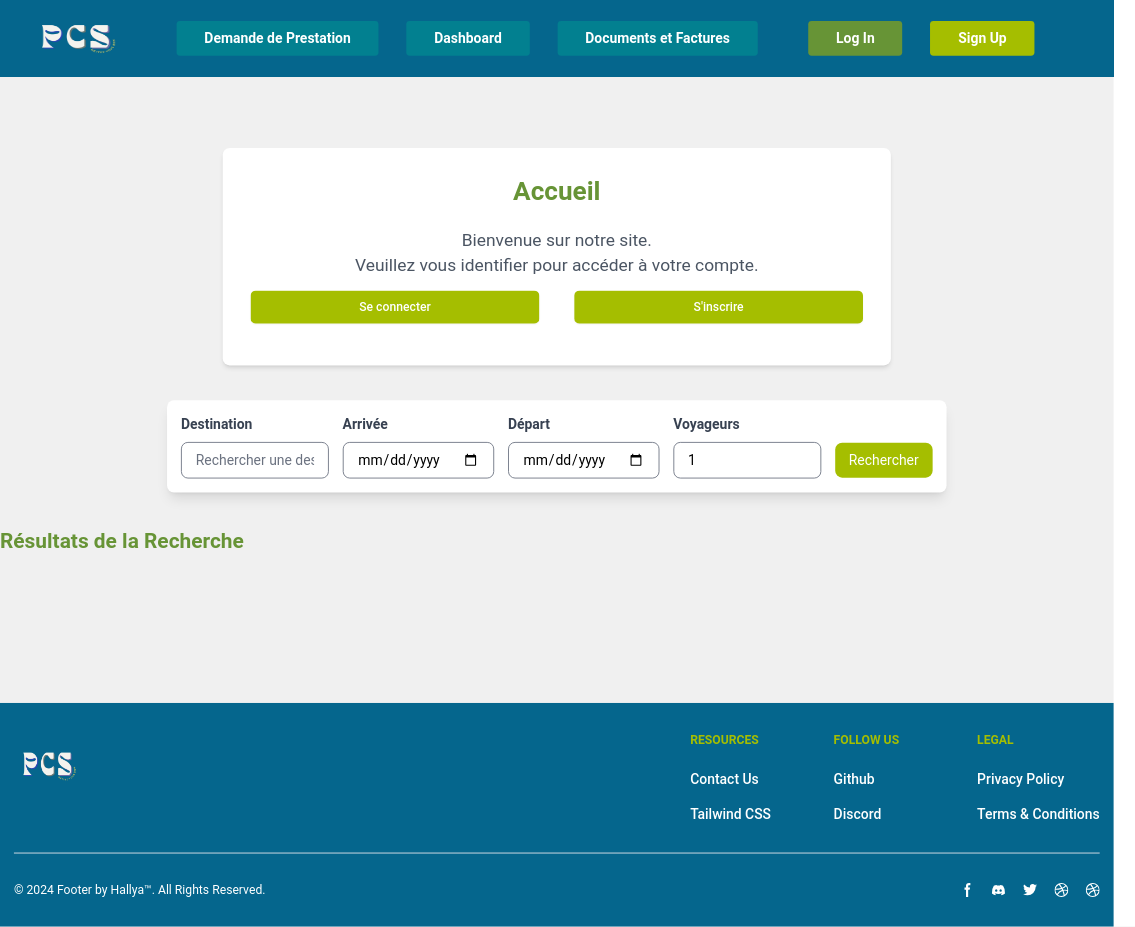
Repository: HATTOUNGBRE/ProjetAnnuel2
Page: / (app in FRONT/)
An editor plug-in stored every save of this project. The page is shown before and after the next save, followed by the edit.
The browser window is 1280 px wide. The page is 1305 px wide, so the pictures cover 1305 px, including what lies to the right of the window. The pictures show the whole page, at 87% of full size.
The page's requests for data from a server got no answer. The project was rebuilt for these pictures with package versions that can differ from the ones it lists, and the page was loaded fresh each time. No one was signed in, and anything a server would have sent is missing. Also part of the build but not shown: FRONT/vite.config.js, FRONT/src/components/PropertyCard.jsx, FRONT/src/components/PropertyRow.jsx, FRONT/src/components/PropertySearch.jsx, FRONT/src/components/Contact.jsx, FRONT/src/components/CatUser.jsx, FRONT/src/components/Login.jsx, FRONT/src/components/prestataire/PrestataireType.jsx and 16 more.

Above is the page before, as saved 2024-06-28 22:31:21.

### FRONT/src/main.jsx
import React from 'react'
import ReactDOM from 'react-dom/client'
import App from './App.jsx'
import './App.css'
import { AuthProvider } from './components/AuthContext';
import {
  BrowserRouter,
  Route,
  Link
} from "react-router-dom";

ReactDOM.createRoot(document.getElementById('root')).render(
  <React.StrictMode>
    <AuthProvider>
    <App />
    </AuthProvider>
  </React.StrictMode>,
)

### FRONT/src/App.jsx
import React, { useContext, useEffect } from "react";
import './App.css';
import { BrowserRouter as Router, Route, Routes, Navigate } from 'react-router-dom';
import Header from "./components/Header";
import Main from "./components/Main";
import Contact from "./components/Contact";
import Nav from "./components/Nav";
import Footer from "./components/Footer";
import CatUser from "./components/CatUser";
import Login from './components/Login';
import LogOut from "./components/LogOut";
import Account from "./components/Account";
import Inscription from './components/Inscription';
import VoyageurDashboard from './components/dashboard/VoyageurDashboard';
import ProprietaireDashboard from './components/dashboard/ProprietaireDashboard';
import PrestataireDashboard from './components/dashboard/PrestataireDashboard';
import Error400 from './components/Error400';
import AuthContext from './components/AuthContext';
import ProprietairePrestation from "./components/proprio/Prestation";
import ProprietaireReservation from "./components/proprio/ProprietaireReservation";
import PrestataireReservation from "./components/prestataire/PrestataireReservation";
import AddProperty from "./components/proprio/AddProperty";
import CreatePrestation from "./components/proprio/CreatePrestation";

function App() {
    const { isLoggedIn, userRole, userId, userName, userSurname, category } = useContext(AuthContext);

    useEffect(() => {
        console.log("UserRole:", userRole);
        console.log("UserId:", userId);
        console.log("UserName:", userName);
        console.log("UserSurname:", userSurname);
        console.log("CategoryUserId:", category);
    }, [userRole, userId, userName, userSurname, category]);

    const getDashboardComponent = (role) => {
        switch (role) {
            case 'voyageur':
                return <VoyageurDashboard />;
            case 'proprietaire':
                return <ProprietaireDashboard />;
            case 'prestataire':
                return <PrestataireDashboard />;
            default:
                return <Error400 />;
        }
    };

    const ProtectedRoute = ({ element, allowedRole }) => {
        if (!isLoggedIn) {
            return <Navigate to="/login" />;
        }
        return userRole === allowedRole ? element : <Navigate to="/error400" />;
    };

    return (
        <Router>
         <Header isLoggedIn={isLoggedIn} userRole={userRole} />
         <main className="flex-grow">
         <Routes>
                <Route exact path="/" element={<Main isLoggedIn={isLoggedIn} userRole={userRole} />} />
                <Route path="/components/inscription" element={<Inscription />} />
                <Route path="/components/catUser" element={<CatUser />} />
                <Route path="/contact" element={<Contact />} />
                <Route path="/login" element={<Login />} />
                <Route path={`/${userRole}/Prestation`} element={<ProtectedRoute element={<ProprietairePrestation />} allowedRole={userRole} />} />
                <Route path={`/${userRole}/Reservation`} element={<ProtectedRoute element={userRole === 'proprietaire' ? <ProprietaireReservation /> : <PrestataireReservation />} allowedRole={userRole} />} />
                <Route path="/components/dashboard/voyageur" element={<ProtectedRoute element={<VoyageurDashboard />} allowedRole="voyageur" />} />
                <Route path="/components/dashboard/proprietaire" element={<ProtectedRoute element={<ProprietaireDashboard />} allowedRole="proprietaire" />} />
                <Route path="/components/dashboard/prestataire" element={<ProtectedRoute element={<PrestataireDashboard />} allowedRole="prestataire" />} />
                <Route path="/components/nav" element={<Nav isLoggedIn={isLoggedIn} userRole={userRole} />} />
                <Route path="/logout" element={<LogOut />} />
                <Route path="/account" element={<Account userId={userId} />} />
                <Route path="/error400" element={<Error400 />} />
                <Route path="/add-property" element={<ProtectedRoute element={<AddProperty />} allowedRole="proprietaire" />} />
                <Route path="/create-prestation" element={<ProtectedRoute element={<CreatePrestation />} allowedRole="proprietaire" />} />
                <Route path="/components/dashboard/proprietaire" element={<ProtectedRoute element={<ProprietaireDashboard />} allowedRole="proprietaire" />} />
                <Route path="/components/dashboard/prestataire" element={<ProtectedRoute element={<PrestataireDashboard />} allowedRole="prestataire" />} />
                <Route path="/components/dashboard/voyageur" element={<ProtectedRoute element={<VoyageurDashboard />} allowedRole="voyageur" />} />
                <Route path="*" element={<Error400 />} />

            </Routes>
            </main>
           <Footer />
        </Router>

    );
}

const ProtectedRoute = ({ element, allowedRole }) => {
    const { userRole } = useContext(AuthContext);
    return userRole === allowedRole ? element : <Navigate to="/error400" />;
  };

export default App;

### FRONT/src/App.css
@tailwind base;
@tailwind components;
@tailwind utilities;

html, body {
  height: 100%;
  width: 100%;
  margin: 0;
  padding: 0;
  font-family: 'Roboto', sans-serif;
}


.logo {
  height: 5em;
  width: 7em;
  /* will-change: filter; */
  transition: filter 300ms;
}
.logo:hover {
}
.logo.react:hover {
  filter: drop-shadow(0 0 2em #61dafbaa);
}

@keyframes logo-spin {
  from {
    transform: rotate(0deg);
  }
  to {
    transform: rotate(360deg);
  }
}


.card {
  padding: 2em;
}

.read-the-docs {
  color: #888;
}
footer {
  position: absolute;
  left: 0;
  bottom: 0;
  width: 100%;
}
html, body {
  height: 100%;
  margin: 0;
  padding: 0;

}



footer {
  flex-shrink: 0; /* Empêche le pied de page de rétrécir si le contenu est trop grand */
}

.main-content {
  flex: 1;
  padding: 24px;
  overflow-y: auto;
  display: flex;
  flex-direction: column;
}

### FRONT/src/components/AuthContext.jsx
import React, { createContext, useState, useEffect } from 'react';
import Cookies from 'js-cookie';

const AuthContext = createContext();

export const AuthProvider = ({ children }) => {
  const [isLoggedIn, setIsLoggedIn] = useState(false);
  const [userRole, setUserRole] = useState('');
  const [userId, setUserId] = useState(null);
  const [userName, setUserName] = useState('');
  const [userSurname, setUserSurname] = useState('');
  const [category, setCategoryUserId] = useState(null);

  const fetchUserDetails = async (userId) => {
    try {
      const response = await fetch(`http://localhost:8000/api/user/${userId}`);
      const data = await response.json();

      if (response.ok) {
        setIsLoggedIn(true);
        setUserId(data.id);
        setUserName(data.name);
        setUserSurname(data.surname);
        setCategoryUserId(data.category_user);
        setUserRole(Cookies.get('role')); // Ensure the role is set from the cookie
      } else {
        setIsLoggedIn(false);
        setUserId(null);
        setUserName('');
        setUserSurname('');
        setCategoryUserId(null);
        setUserRole('');
      }
    } catch (error) {
      console.error('Error fetching user details:', error);
    }
  };

  useEffect(() => {
    const token = Cookies.get('authToken');
    const storedUserRole = Cookies.get('role');
    const storedUserId = Cookies.get('userId');

    if (token && storedUserId) {
      setIsLoggedIn(true);
      setUserRole(storedUserRole || '');
      fetchUserDetails(storedUserId); // Fetch user details
    }
  }, []);

  const login = (token, role, userId, userName, userSurname, category) => {
    Cookies.set('authToken', token, { expires: 1 });
    Cookies.set('role', role, { expires: 1 });
    Cookies.set('userId', userId, { expires: 1 });
    Cookies.set('userName', userName, { expires: 1 });
    Cookies.set('userSurname', userSurname, { expires: 1 });
    Cookies.set('category', category, { expires: 1 });

    setIsLoggedIn(true);
    setUserRole(role);
    setUserId(userId);
    setUserName(userName);
    setUserSurname(userSurname);
    setCategoryUserId(category);
  };

  const logout = () => {
    Cookies.remove('authToken');
    Cookies.remove('role');
    Cookies.remove('userId');
    Cookies.remove('userName');
    Cookies.remove('userSurname');
    Cookies.remove('category');

    setIsLoggedIn(false);
    setUserRole('');
    setUserId(null);
    setUserName('');
    setUserSurname('');
    setCategoryUserId(null);
  };

  return (
    <AuthContext.Provider value={{ isLoggedIn, userRole, userId, userName, userSurname, category, login, logout, fetchUserDetails }}>
      {children}
    </AuthContext.Provider>
  );
};

export default AuthContext;

### FRONT/src/components/Header.jsx
import { useState, useEffect } from 'react';
import Nav from './Nav';
import { Link } from "react-router-dom";

function Header(props) {
  const { isLoggedIn, userRole } = props;

  return (
    <div>
      <header className="bg-pcs-200 sticky top-0 z-[20]">
        <nav className="bg-pcs-200 border-gray-200 dark:bg-gray-900 w-full">
          <div className="w-full flex flex-wrap items-center justify-around p-1">
            <Link to="/" className="flex items-center space-x-3 rtl:space-x-reverse">
              <img src="/public/images/fullDay.png" className="h-8 logo" alt="PCSLogo" />
            </Link>
            <Nav isLoggedIn={isLoggedIn} userRole={userRole} />
            <button
              data-collapse-toggle="navbar-default"
              type="button"
              className="inline-flex items-center p-2 w-10 h-10 justify-center text-sm text-gray-500 rounded-lg md:hidden focus:outline-none focus:ring-2 focus:ring-gray-200 dark:text-gray-400 dark:focus:ring-gray-600"
              aria-controls="navbar-default"
              aria-expanded="false"
            >
              <span className="sr-only">Open main menu</span>
              <svg
                className="w-5 h-5"
                aria-hidden="true"
                xmlns="http://www.w3.org/2000/svg"
                fill="none"
                viewBox="0 0 17 14"
              >
                <path
                  stroke="currentColor"
                  strokeLinecap="round"
                  strokeLinejoin="round"
                  strokeWidth="2"
                  d="M1 1h15M1 7h15M1 13h15"
                />
              </svg>
            </button>
            <div className="hidden w-full md:block md:w-auto" id="navbar-default"></div>
          </div>
        </nav>
      </header>
    </div>
  );
}

export default Header;

### FRONT/src/components/Main.jsx
import React, { useState, useContext, useEffect } from 'react';
import AuthContext from './AuthContext';
import { Link } from 'react-router-dom';
import PropertyRow from './PropertyRow';
import PropertySearch from './PropertySearch';
import PropertySliderSection from './PropertySliderSection';
import Slider from 'react-slick';
import 'slick-carousel/slick/slick.css';
import 'slick-carousel/slick/slick-theme.css';

function Main() {
  const { isLoggedIn, userRole } = useContext(AuthContext);
  const [searchTerm, setSearchTerm] = useState('');
  const [cities, setCities] = useState([]);
  const [arrivalDate, setArrivalDate] = useState('');
  const [departureDate, setDepartureDate] = useState('');
  const [guests, setGuests] = useState(1);
  const [properties, setProperties] = useState([]);

  useEffect(() => {
    if (searchTerm.length >= 2) {
      searchCities(searchTerm);
    } else {
      setCities([]);
    }
  }, [searchTerm]);

  const searchCities = async (term) => {
    try {
      const response = await fetch(`https://geo.api.gouv.fr/communes?nom=${term}&fields=departement&boost=population&limit=5`);
      const data = await response.json();
      setCities(data);
    } catch (error) {
      console.error('Error fetching cities:', error);
    }
  };

  const handleSearch = async (e) => {
    e.preventDefault();
    const commune = searchTerm;
    const maxPersons = guests;

    try {
      const response = await fetch(
        `http://localhost:8000/api/search-properties?commune=${commune}&maxPersons=${maxPersons}`
      );
      const data = await response.json();
      setProperties(data);
    } catch (error) {
      console.error('Error fetching properties:', error);
    }
  };

  const handleCitySelect = (city) => {
    setSearchTerm(city.nom);
    setCities([]);
  };

  const sliderSettings = {
    dots: true,
    infinite: true,
    speed: 500,
    slidesToShow: 3,
    slidesToScroll: 1,
    responsive: [
      {
        breakpoint: 1024,
        settings: {
          slidesToShow: 2,
          slidesToScroll: 1,
          infinite: true,
          dots: true
        }
      },
      {
        breakpoint: 600,
        settings: {
          slidesToShow: 1,
          slidesToScroll: 1
        }
      }
    ]
  };

  return (
    <div className="min-h-screen bg-pcs-100 flex flex-col items-center justify-center">
      <div className="max-w-3xl w-full p-8 bg-white shadow-md rounded-lg text-center">
        <h1 className="text-3xl font-semibold text-pcs-400 mb-6">Accueil</h1>
        {isLoggedIn ? (
          <p className="text-xl text-pcs-300">
            Vous êtes connecté.e en tant que <span className="font-bold">{userRole}</span>
          </p>
        ) : (
          <div>
            <p className="text-xl text-gray-600">Bienvenue sur notre site.</p>
            <p className="text-xl text-gray-600">Veuillez vous identifier pour accéder à votre compte.</p>
            <div className='flex justify-center mt-4 space-x-10'>
              <button className='w-full px-4 mb-4 py-2 text-sm font-medium text-white bg-pcs-300 border border-transparent rounded-md shadow-sm hover:bg-pcs-400'>
                <Link to="/components/catUser">Se connecter</Link>
              </button>
              <button className='w-full px-4 mb-4 py-2 text-sm font-medium text-white bg-pcs-300 border border-transparent rounded-md shadow-sm hover:bg-pcs-400'>
                <Link to="/components/inscription">S'inscrire</Link>
              </button>
            </div>
          </div>
        )}
      </div>

      {/* Barre de recherche */}
      {!isLoggedIn || userRole === 'voyageur' ? (
        <div className="mt-10 w-full max-w-4xl bg-white shadow-lg rounded-lg p-4">
          <form onSubmit={handleSearch} className="flex items-center space-x-4">
            <div className="relative w-1/4">
              <label className="block text-gray-700 font-bold mb-2">Destination</label>
              <input
                type="text"
                className="w-full px-4 py-2 border rounded-lg focus:outline-none focus:ring-2 focus:ring-blue-500"
                placeholder="Rechercher une destination"
                value={searchTerm}
                onChange={(e) => setSearchTerm(e.target.value)}
              />
              {cities.length > 0 && (
                <ul className="absolute left-0 mt-2 w-full bg-white border rounded-lg z-10 max-h-48 overflow-y-auto">
                  {cities.map((city) => (
                    <li key={city.code} className="px-4 py-2 border-b last:border-b-0 cursor-pointer hover:bg-gray-200" onClick={() => handleCitySelect(city)}>
                      {city.nom} ({city.departement.nom})
                    </li>
                  ))}
                </ul>
              )}
            </div>
            <div className="w-1/4">
              <label className="block text-gray-700 font-bold mb-2">Arrivée</label>
              <input
                type="date"
                className="w-full px-4 py-2 border rounded-lg focus:outline-none focus:ring-2 focus:ring-blue-500"
                value={arrivalDate}
                onChange={(e) => setArrivalDate(e.target.value)}
              />
            </div>
            <div className="w-1/4">
              <label className="block text-gray-700 font-bold mb-2">Départ</label>
              <input
                type="date"
                className="w-full px-4 py-2 border rounded-lg focus:outline-none focus:ring-2 focus:ring-blue-500"
                value={departureDate}
                onChange={(e) => setDepartureDate(e.target.value)}
              />
            </div>
            <div className="w-1/4">
              <label className="block text-gray-700 font-bold mb-2">Voyageurs</label>
              <input
                type="number"
                min="1"
                className="w-full px-4 py-2 border rounded-lg focus:outline-none focus:ring-2 focus:ring-blue-500"
                value={guests}
                onChange={(e) => setGuests(e.target.value)}
              />
            </div>
            <button
              type="submit"
              className="bg-pcs-300 mt-8 text-white py-2 px-4 rounded-lg hover:bg-pcs-400 focus:outline-none focus:ring-2 focus:ring-blue-500"
            >
              Rechercher
            </button>
          </form>
        </div>
      ) : null}

      <div className="mt-10 w-full">
        <h2 className="text-2xl font-semibold text-pcs-400 mb-6">Résultats de la Recherche</h2>
        <div className="grid grid-cols-1 md:grid-cols-2 lg:grid-cols-3 gap-4">
          {properties.map((property) => (
            <PropertyRow key={property.id} property={property} />
          ))}
        </div>
      </div>

      <PropertySliderSection />

    </div>
  );
}

export default Main;

### FRONT/src/components/Nav.jsx
import { Link } from "react-router-dom";

function Nav(props) {
    const { isLoggedIn, userRole } = props;

    console.log('isLoggedIn page NAV:', isLoggedIn);
    return (
        <>
            <div className='flex space-x-8'>
                <Link to={`/${userRole}/Reservation`}>
                    <button className="bg-pcs-250 hover:bg-pcs-300 text-white font-bold py-2 px-8 rounded">
                        Demande de Prestation
                    </button>
                </Link>

                <Link to={`/components/dashboard/${userRole}`}>
                    <button className="bg-pcs-250 hover:bg-pcs-300 text-white font-bold py-2 px-8 rounded">
                        Dashboard
                    </button>
                </Link>

                <Link to={`/${userRole}/Prestation`}>
                    <button className="bg-pcs-250 hover:bg-pcs-300 text-white font-bold py-2 px-8 rounded">
                        Documents et Factures
                    </button>
                </Link>
            </div>
            {isLoggedIn ? (
                <div className='flex space-x-8'>
                    <Link to='/account'>
                        <button className="bg-pcs-400 hover:bg-pcs-700 text-white font-bold py-2 px-8 rounded">
                            Account
                        </button>
                    </Link>
                    <Link to='/logout'>
                        <button className="bg-pcs-300 hover:bg-pcs-600 text-white font-bold py-2 px-8 rounded">
                            Log out
                        </button>
                    </Link>

                </div>
            ) : (
                <div className='flex space-x-8'>
                    <Link to='/components/catuser'>
                        <button className="bg-pcs-400 hover:bg-pcs-700 text-white font-bold py-2 px-8 rounded">
                            Log In
                        </button>
                    </Link>

                    <Link to='/components/Inscription'>
                        <button className="bg-pcs-300 hover:bg-pcs-600 text-white font-bold py-2 px-8 rounded">
                            Sign Up
                        </button>
                    </Link>
                </div>
            )}
        </>
    );
};

export default Nav;

### FRONT/src/components/LogOut.jsx
import React, { useContext, useEffect } from 'react';
import { useNavigate } from 'react-router-dom';
import AuthContext from './AuthContext';

const LogOut = () => {
  const { logout } = useContext(AuthContext);
  const navigate = useNavigate();

  useEffect(() => {
    logout();
    navigate('/');
  }, [logout, navigate]);

  return null;
};

export default LogOut;

### FRONT/src/components/PropertySliderSection.jsx
import React, { useEffect, useState } from 'react';
import Slider from 'react-slick';

const PropertySliderSection = ({ title, apiUrl, sliderSettings }) => {
  const [properties, setProperties] = useState([]);

  useEffect(() => {
    const fetchProperties = async () => {
      try {
        const response = await fetch(apiUrl);
        const data = await response.json();
        setProperties(data);
      } catch (error) {
        console.error('Error fetching properties:', error);
      }
    };

    fetchProperties();
  }, [apiUrl]);

  return (
    <div className="mt-10 w-full">
      <h2 className="text-2xl font-semibold text-pcs-400 mb-6">{title}</h2>
      <Slider {...sliderSettings}>
        {properties.map((property) => (
          <div key={property.id} className="p-4">
            <div className="bg-white shadow-lg rounded-lg overflow-hidden">
              <img src={property.imageUrl || "http://localhost:8000/uploads/property_photos/default_appart.jpg"} alt={`Appartement ${property.name}`} className="h-48 w-full object-cover" />
              <div className="p-4">
                <h3 className="text-xl font-semibold mb-2">{property.name}</h3>
                <p className="text-gray-600 mb-4">{property.description}</p>
                <div className="flex justify-between">
                  <button className="bg-pcs-250 hover:bg-pcs-200 text-white py-2 px-4 rounded-md">Détail +</button>
                  <button className="bg-pcs-400 text-white py-2 px-4 rounded-md">Louer</button>
                </div>
              </div>
            </div>
          </div>
        ))}
      </Slider>
    </div>
  );
};

export default PropertySliderSection;

Loaded but not shown: FRONT/index.html (common file); FRONT/tailwind.config.js (26 lines, source omitted); FRONT/src/components/Footer.jsx (91 lines, source omitted)

After the next save:
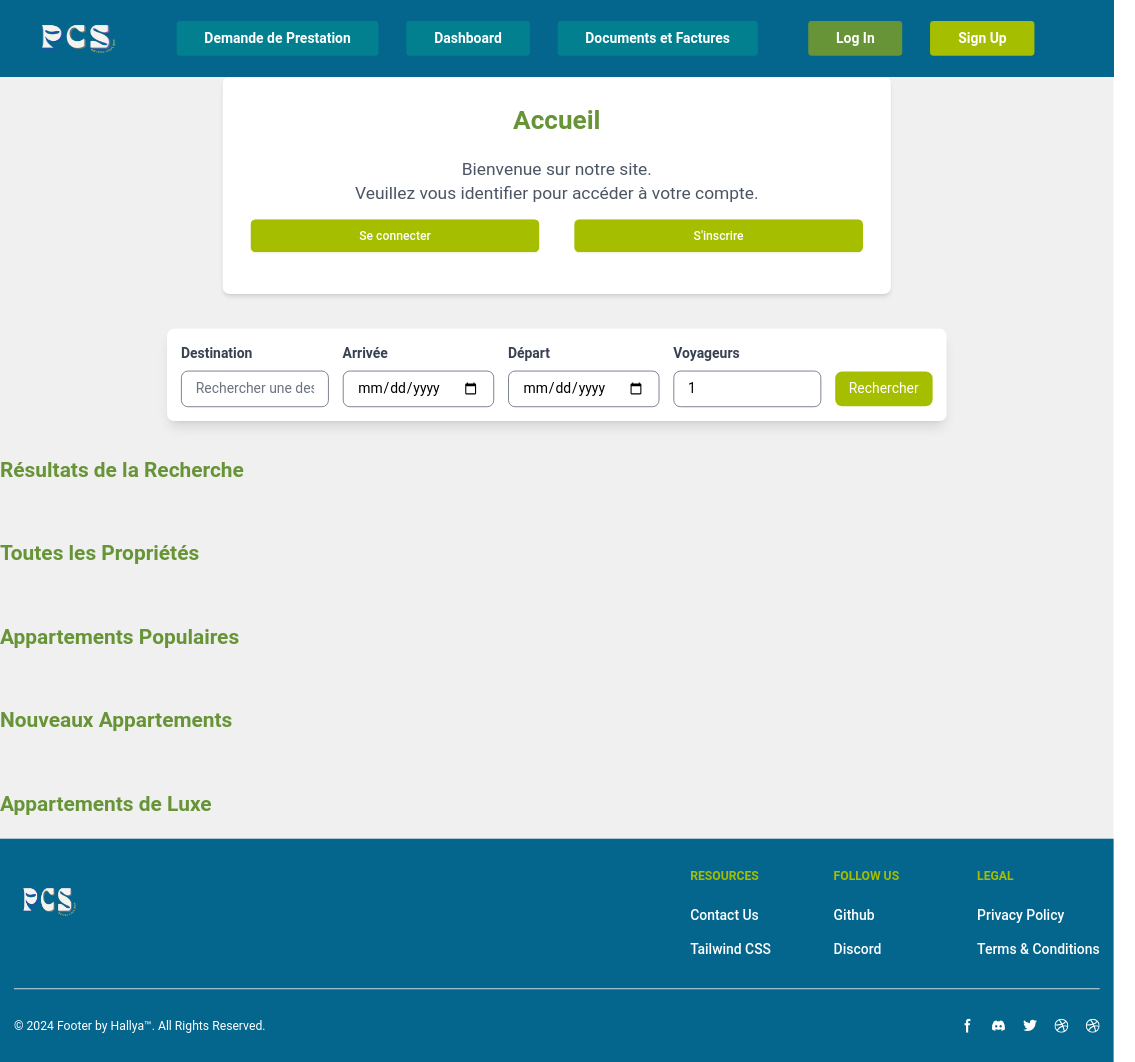
Saved 61 s later.
--- a/FRONT/src/components/Main.jsx
+++ b/FRONT/src/components/Main.jsx
@@ -176,8 +176,10 @@ function Main() {
         </div>
       </div>
 
-      <PropertySliderSection />
-
+      <PropertySliderSection title="Toutes les Propriétés" apiUrl="http://localhost:8000/api/properties" sliderSettings={sliderSettings} />
+      <PropertySliderSection title="Appartements Populaires" apiUrl="http://localhost:8000/api/properties/popular" sliderSettings={sliderSettings} />
+      <PropertySliderSection title="Nouveaux Appartements" apiUrl="http://localhost:8000/api/properties/new" sliderSettings={sliderSettings} />
+      <PropertySliderSection title="Appartements de Luxe" apiUrl="http://localhost:8000/api/properties/luxury" sliderSettings={sliderSettings} />
     </div>
   );
 }
